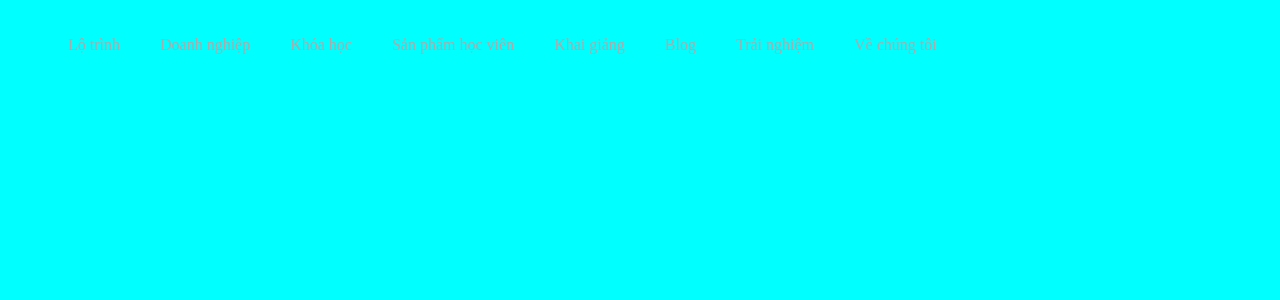
Repository: khanhnahk306/khanhnahk.github.io
Page: flexbox/html/megamenu.html
The author's editor kept a copy of each file at every save. The page is drawn from the files as they stood at one save, then again after the next save.
The browser window is 1280 px wide. The pictures show the whole page.

Above is the page before, as saved 2022-01-28 10:55:32.

### flexbox/html/megamenu.html
<!DOCTYPE html>
<html lang="en">
<head>
    <meta charset="UTF-8">
    <meta http-equiv="X-UA-Compatible" content="IE=edge">
    <meta name="viewport" content="width=device-width, initial-scale=1.0">
    <link rel="stylesheet" href="../css/megamenu.css">
    <title>Menu đa cấp</title>
</head>
<body>
    <!-- <h1>Menu đa cấp</h1> -->
        <ul class="nav">
            <li>
                <a href="#">Lộ trình</a>
                <ul class="sub-menu">
                    <li>
                        <a href="#">Fronent + ReactJs</a>
                    </li>
                    <li>
                        <a href="#">Java Springboot Fullstack</a>
                    </li>
                    <li>
                        <a href="#">Ios</a>
                    </li>
                    <li>
                        <a href="#">React Native</a>
                    </li>
                    <li>
                        <a href="#">Game</a>
                    </li>
                </ul>
            </li>
            <li>
                <a href="#">Doanh nghiệp</a>
            </li>
            <li>
                <a href="#">Khóa học</a>
            </li>
            <li>
                <a href="#">Sản phẩm học viên</a>
            </li>
            <li>
                <a href="#">Khai giảng</a>
            </li>
            <li>
                <a href="#">Blog</a>
            </li>
            <li>
                <a href="#">Trải nghiệm</a>
            </li>
            <li>
                <a href="#">Về chúng tôi</a>
            </li>
        </ul>

</body>
</html>

### flexbox/css/megamenu.css
*{
    box-sizing: border-box;
}
body{
    background-color: aqua;
}
.nav {
    display: flex;
    list-style-type: none;
}
a{
    text-decoration: none;
    color: #aaa;
}
.nav{
    background-color: ;
}
.nav li{
    padding: 20px;
}
.sub-menu{
    display: none;
    position: absolute;
    list-style-type: none;
}
.nav li:hover .sub-menu{
    display: block;
}

After the next save:
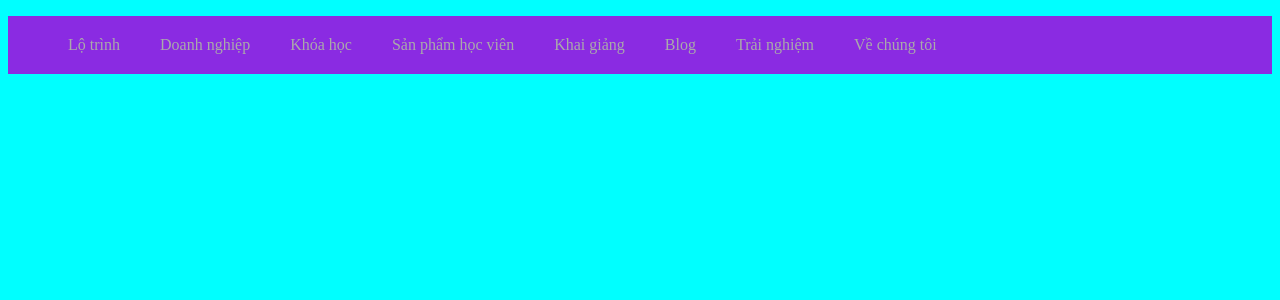
Saved 6 s later.
--- a/flexbox/css/megamenu.css
+++ b/flexbox/css/megamenu.css
@@ -13,7 +13,7 @@ a{
     color: #aaa;
 }
 .nav{
-    background-color: ;
+    background-color: blueviolet;
 }
 .nav li{
     padding: 20px;
